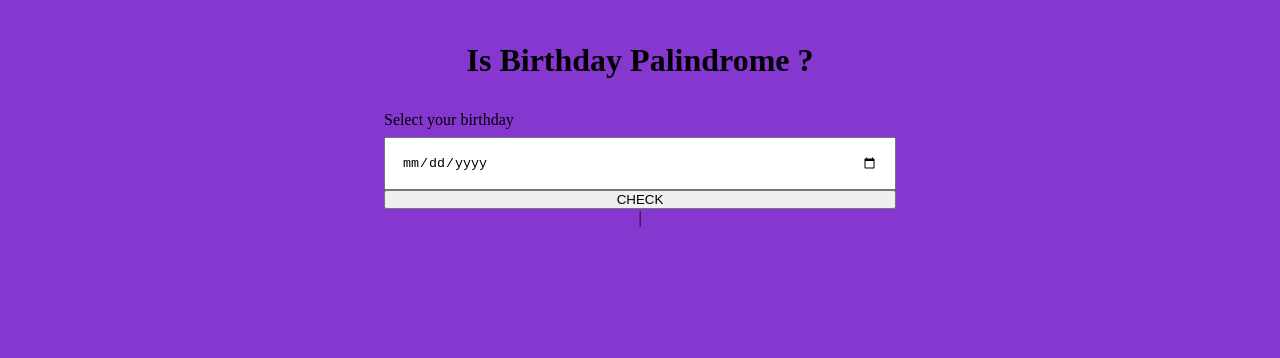
Repository: patelamancode/Palindrome-Birthday
Page: index.html
An editor plug-in stored every save of this project. The page is shown before and after the next save, followed by the edit.
The browser window is 1280 px wide. The pictures show the whole page.

Above is the page before, as saved 2022-12-02 17:59:15.

### index.html
<!DOCTYPE html>
<html lang="en">
<head>
    <meta charset="UTF-8">
    <meta http-equiv="X-UA-Compatible" content="IE=edge">
    <meta name="viewport" content="width=device-width, initial-scale=1.0">
    <link rel="stylesheet" href="index.css">
    <title>Is Birthday A Palindrome</title>
</head>
<body>
    <div id="main-container">
        <h1>Is Birthday Palindrome ?</h1>
        <label for="birth date">Select your birthday</label>
        <input type="date" id="selected-dob" />

        <button id="check-btn">CHECK</button>

        |
    </div>
    <script src="index.js"></script>
</body>
</html>

### index.css
* {
    margin: 0;
    padding: 0;
  }
  body {
    background-color: rgb(134, 55, 207);
  }

  #main-container {
    display: flex;
    flex-direction: column;
    width: 40vw;
    margin: auto;
    margin-top: 2rem;
    padding: 10px;
    text-align: center;
  }

  .app-title {
    margin: 2rem 0;
  }

  label {
    width: auto;
    text-align: left;
    margin-top: 2rem;
    margin-bottom: 0.5rem;
  }

  input{
     padding: 1rem;
  }

### index.js

function reverseString(str) {
    return str.split("").reverse().join("");
}

function isPalindrome(str) {
    return str === reverseString(str);
}

function dateString(date) {
    var dateStr = {
        day: "",
        month: "",
        year: ""
    };
    if (date.day < 10) dateStr.day = "0" + date.day;
    else dateStr.day = date.day.toString();

    if (date.month < 10) dateStr.month = "0" + date.month;
    else dateStr.month = date.month.toString();

    dateStr.year = date.year.toString();
    return dateStr;
}

function dateAllVariations(date) {
    var ddmmyyyy = date.day + date.month + date.year;
    var mmddyyyy = date.month + date.day + date.year;
    var yyyymmdd = date.year + date.month + date.day;
    var ddmmyy = date.day + date.month + date.year.slice(-2);
    var mmddyy = date.month + date.day + date.year.slice(-2);
    var yymmdd = date.year.slice(-2) + date.month + date.day;

    return [ddmmyyyy, mmddyyyy, yyyymmdd, ddmmyy, mmddyy, yymmdd];
}

function checkPalindromesForAllDateFormats(date) {
    var listOfDates = dateAllVariations(date);
    var flag = false;

    for (let i = 0; i < listOfDates.length; i++)
        if (isPalindrome(listOfDates[i])) {
            flag = true;
            break;
        }
    return flag;
}

function isLeapYear(year) {
    if ((year % 4 === 0 && year % 100 !== 0) || year % 400 === 0) return true;
    return false;
}

function getNextDate(date) {
    var daysInMonths = [31, 28, 31, 30, 31, 30, 31, 31, 30, 31, 30, 31];

    var day = date.day + 1;
    var month = date.month;
    var year = date.year;

    if (month === 2)
        if (isLeapYear(year)) {
            if (day > 29) {
                day = 1;
                month = 3;
            }
        } else {
            if (day > 28) {
                day = 1;
                month = 3;
            }
        }
    else {
        if (day > daysInMonths[month - 1]) {
            day = 1;
            month++;
        }
    }

    if (month > 12) {
        day = 1;
        month = 1;
        year++;
    }
    return {
        day: day,
        month: month,
        year: year,
    };
}

function getPreviousDate(date) {
    var daysInMonths = [31, 28, 31, 30, 31, 30, 31, 31, 30, 31, 30, 31];

    var day = date.day - 1;
    var month = date.month;
    var year = date.year;

    if (month === 3)
        if (isLeapYear(year)) {
            if (day === 0) {
                day = 29;
                month = 2;
            }
        } else {
            if (day === 0) {
                day = 28;
                month = 2;
            }
        }
    else {
        if (day === 0) {
            month--;
            day = daysInMonths[month - 1];
        }
    }

    if (month === 0) {
        day = 31;
        month = 12;
        year--;
    }
    return {
        day: day,
        month: month,
        year: year,
    };
}

function getNextPalindrome(date) {
    var count = 0;
    var nextDate = getNextDate(date);

    while (1) {
        count++;
        var dateStr = dateString(nextDate);
        if (checkPalindromesForAllDateFormats(dateStr)) break;
        nextDate = getNextDate(nextDate);
    }
    return [count, nextDate];
}

function getLastPalindrome(date) {
    var count = 0;
    var previousDate = getPreviousDate(date);

    while (1) {
        count++;
        var dateStr = dateString(previousDate);
        if (checkPalindromesForAllDateFormats(dateStr)) break;
        previousDate = getPreviousDate(previousDate);
    }
    return [count, previousDate];
}

function forNearestPalindromeDate(date){
    let nextPalindromeDate = getNextPalindrome(date);
    let lastPalindromeDate = getLastPalindrome(date);

    let nextValue = Number(nextPalindromeDate[0]);
    let lastValue = Number(lastPalindromeDate[0]);

    // console.log(typeof(nextValue, lastValue), nextValue, lastValue);
    if(nextValue < lastValue){
        return nextPalindromeDate;
    }
    return lastPalindromeDate;

}

var date = {
    day: 13,
    month: 06,
    year: 2022
}

console.log(getLastPalindrome(date));
console.log(getNextPalindrome(date));
// forNearestPalindromeDate(date);
console.log(forNearestPalindromeDate(date));

After the next save:
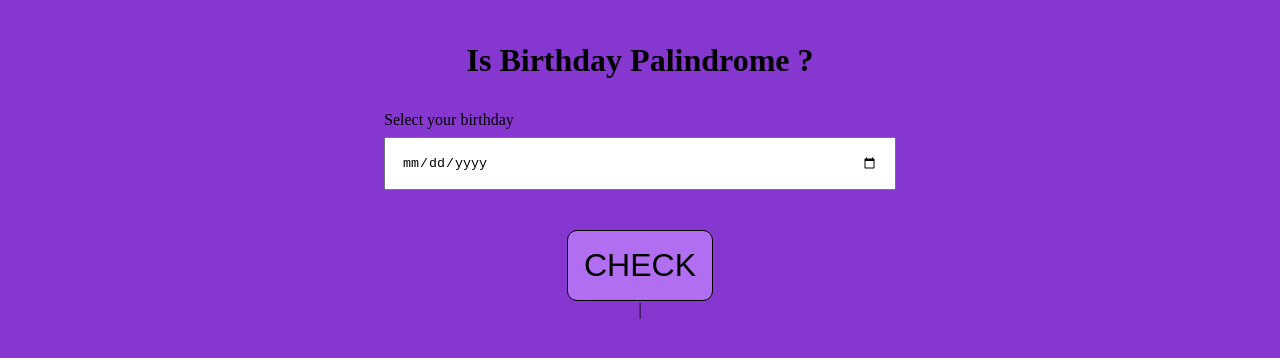
Saved 62 s later.
--- a/index.css
+++ b/index.css
@@ -30,3 +30,15 @@
   input{
      padding: 1rem;
   }
+
+  button {
+    margin: auto;
+    margin-top: 2.5rem;
+    padding: 1rem;
+    font-size: 2rem;
+    font-weight: 500;
+     font-weight: 300;
+    border: 1px solid;
+    background-color: rgb(177, 110, 240);
+    border-radius: 10px;
+  }
